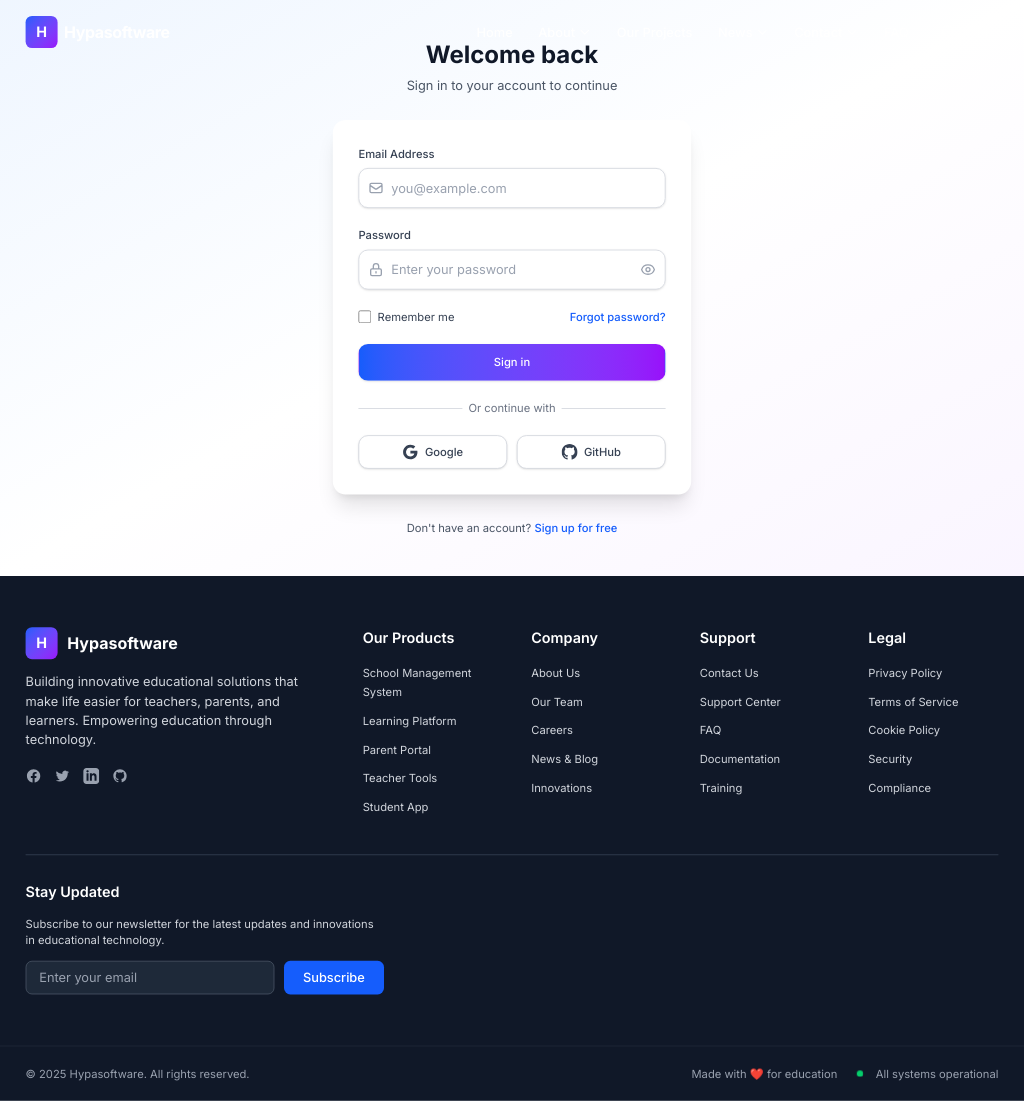
Repository: kenyi-mic/hypasoftware
Page: /login
The author's editor kept a copy of each file at every save. The page is drawn from the files as they stood at one save, then again after the next save.
The browser window is 1280 px wide. The pictures show the whole page, at 80% of full size.
The project was rebuilt for these pictures with package versions that can differ from the ones it lists, and the page was loaded fresh each time. The framework's server and built-in components were replaced by stand-ins that run in the browser. Also part of the build but not shown: next.config.ts, components/SearchBar.tsx, components/MobileMenu.tsx.

Above is the page before, as saved 2026-06-22 06:15:57.

After the next save:
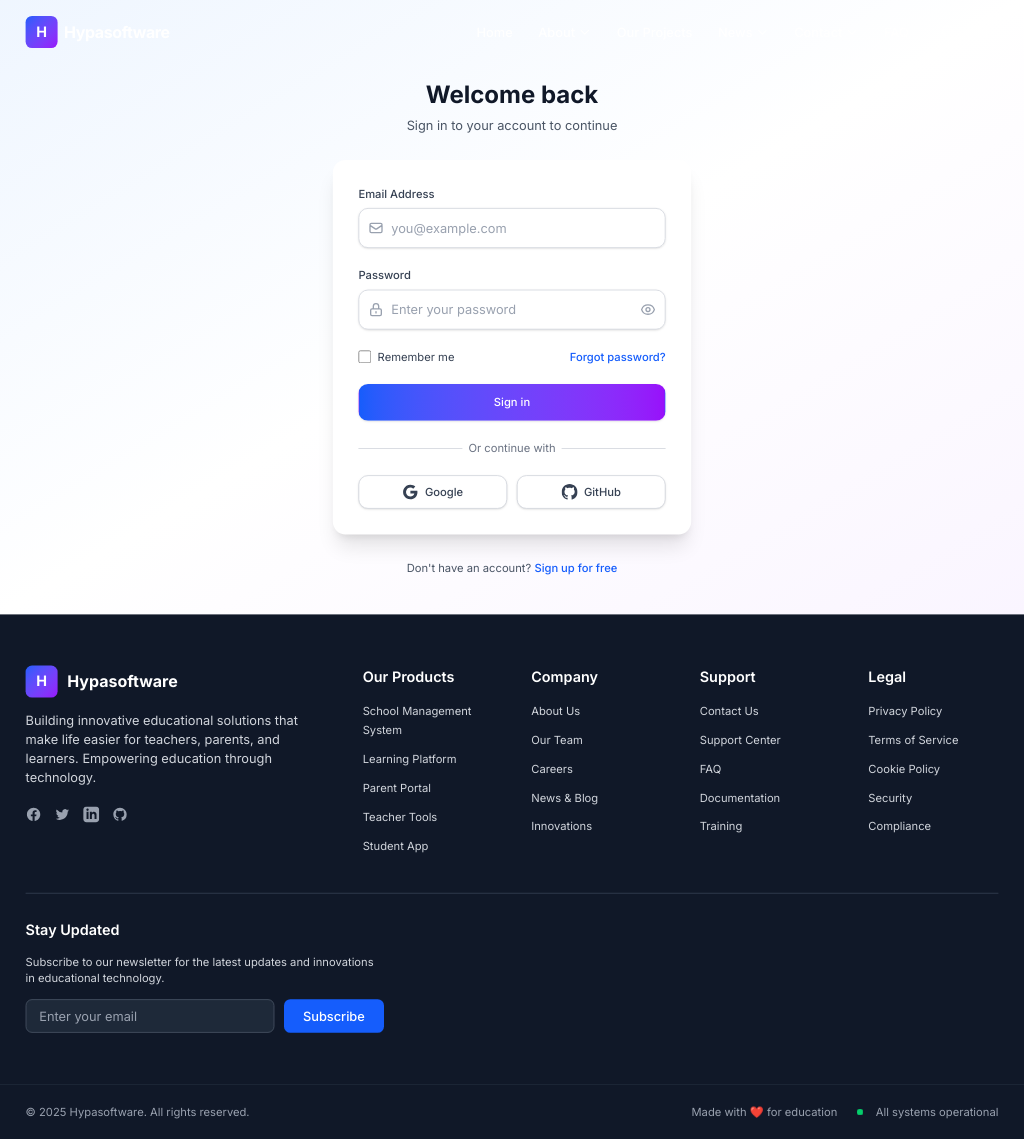
Saved 82 s later.
--- a/app/login/page.tsx
+++ b/app/login/page.tsx
@@ -97,7 +97,7 @@ const LoginPage = () => {
   };
 
   return (
-    <div className="min-h-screen bg-gradient-to-br from-blue-50 via-white to-purple-50 flex items-center justify-center py-12 px-4 sm:px-6 lg:px-8">
+    <div className="min-h-screen bg-gradient-to-br from-blue-50 via-white to-purple-50 flex items-center justify-center pb-12 pt-25 px-4 sm:px-6 lg:px-8">
       <div className="max-w-md w-full space-y-8">
         <div className="text-center">
           <h2 className="text-3xl font-bold text-gray-900 mb-2">
